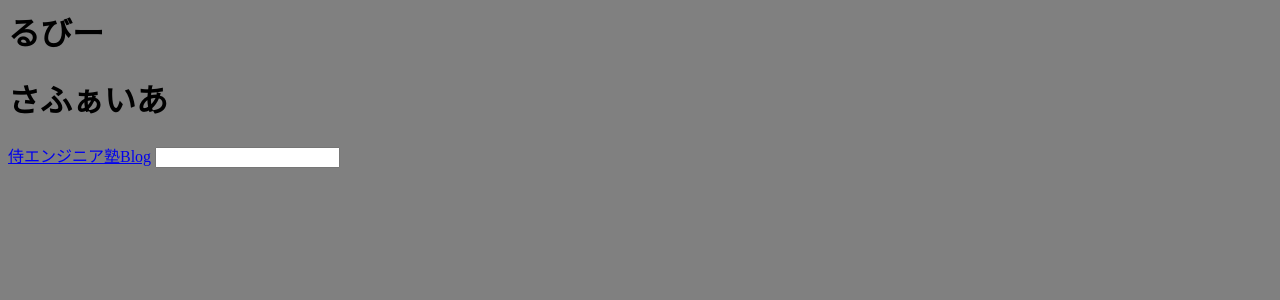
Repository: nya5/samurai_HTML-CSS
Page: fuga/hoge.html
The author's editor kept a record of every edit. The page is drawn from the files as they stood at one moment, then again after the next edit.
The browser window is 1280 px wide. The pictures show the whole page.

Above is the page before.

After the next edit:
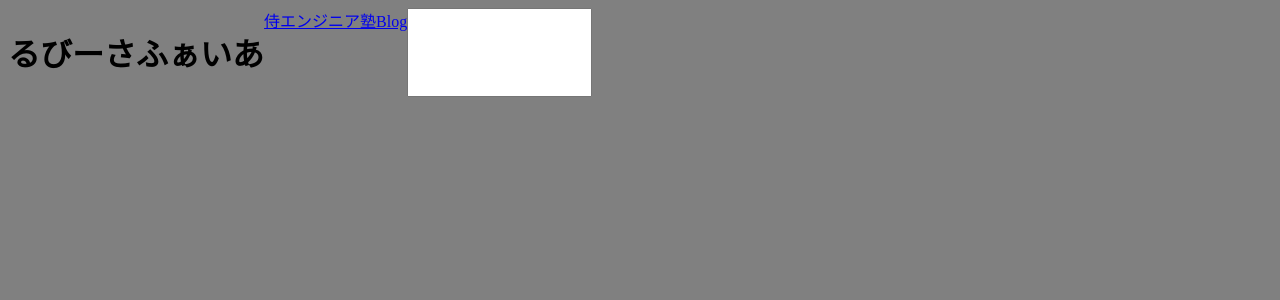
The edit:
--- a/fuga/hoge.html
+++ b/fuga/hoge.html
@@ -21,6 +21,7 @@
         </style>
     </head>
     <body>
+    <div id="parent">
         <h1>るびー</h1>
         <h1>さふぁいあ</h1>
       <a href="https://www.sejuku.net/blog/">侍エンジニア塾Blog</a>
